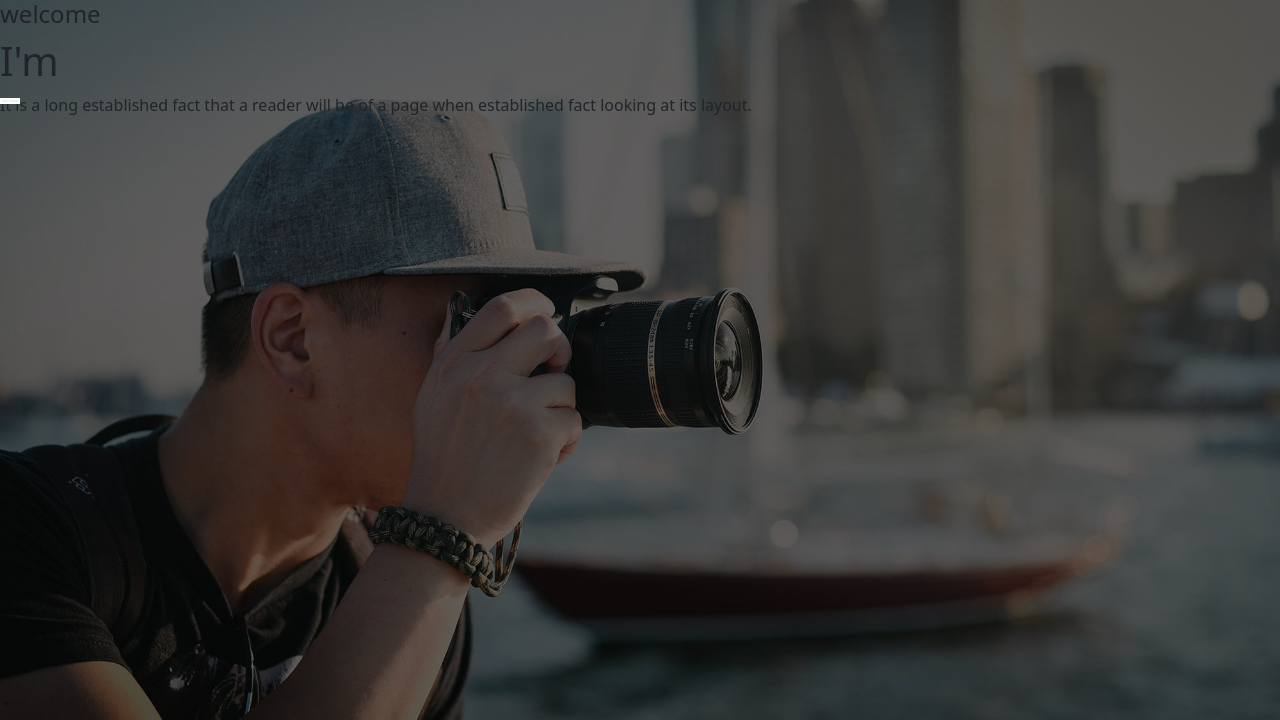
Repository: khaledradwan96/Kerri
Page: index.html
The author's editor kept a copy of each file at every save. The page is drawn from the files as they stood at one save, then again after a run of saves.
The browser window is 1280 px wide. The pictures show the whole page.

Above is the page before, as saved 2024-05-06 19:55:19.

After the next 3 saves:
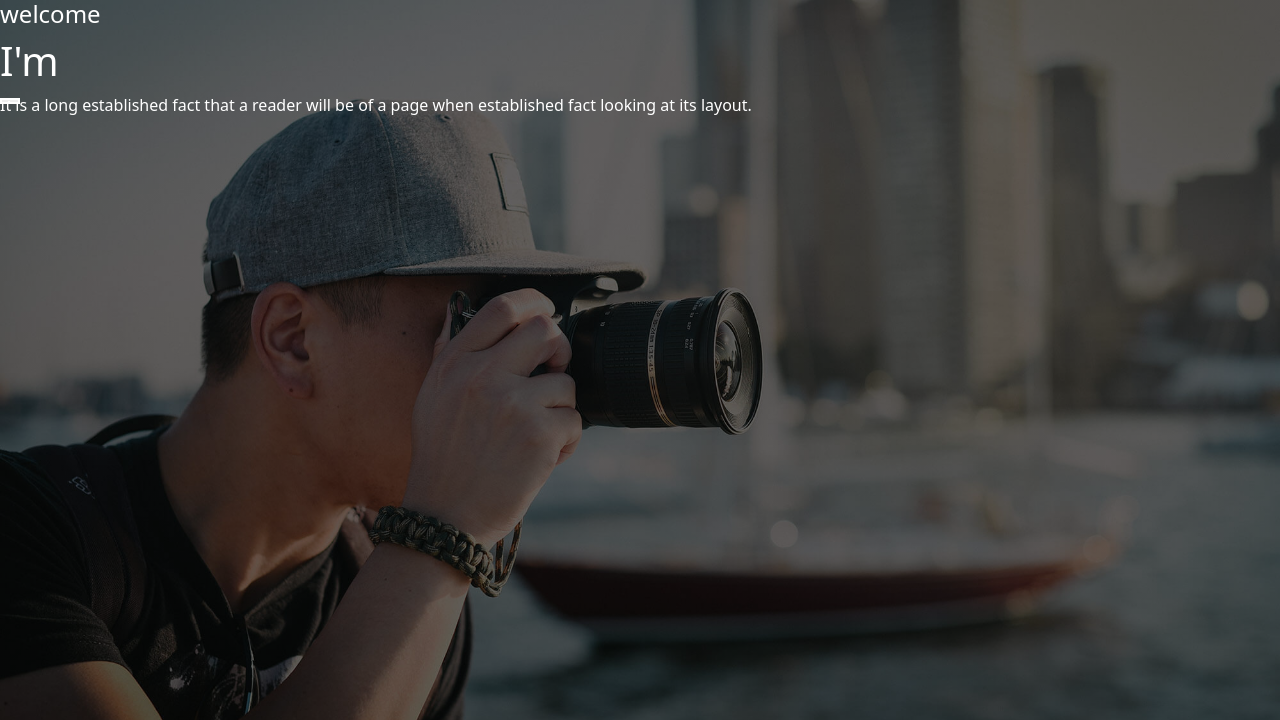
The 3 saves are shown as one change because they came seconds apart.
The last was saved 7 s later.
--- a/index.html
+++ b/index.html
@@ -14,7 +14,7 @@
 
 <body>
 
-    <header class="position-relative vh-100 te">
+    <header class="position-relative vh-100 text-white">
         <h4>welcome</h4>
         <h1>
             I'm
